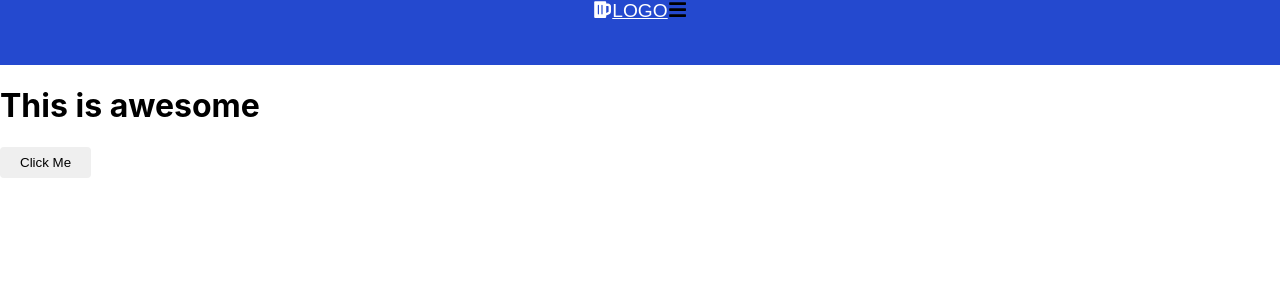
Repository: ajaygc95/Django-and-react
Page: / (app in galamart_sell/reactfrontend/)
These files come from the project's save history. The page is drawn as it stood at one moment and after the next save; the edit follows.
The browser window is 1280 px wide. The pictures show the whole page.
The project was rebuilt for these pictures with package versions that can differ from the ones it lists, and the page was loaded fresh each time. Also part of the build but not shown: galamart_sell/reactfrontend/src/components/Button.js, galamart_sell/reactfrontend/src/components/About.js, galamart_sell/reactfrontend/src/components/Shop.css, galamart_sell/reactfrontend/src/components/Shop.js, galamart_sell/reactfrontend/src/components/ItemDetail.js.

Above is the page before, as saved 2021-04-07 11:38:55.

After the next save:
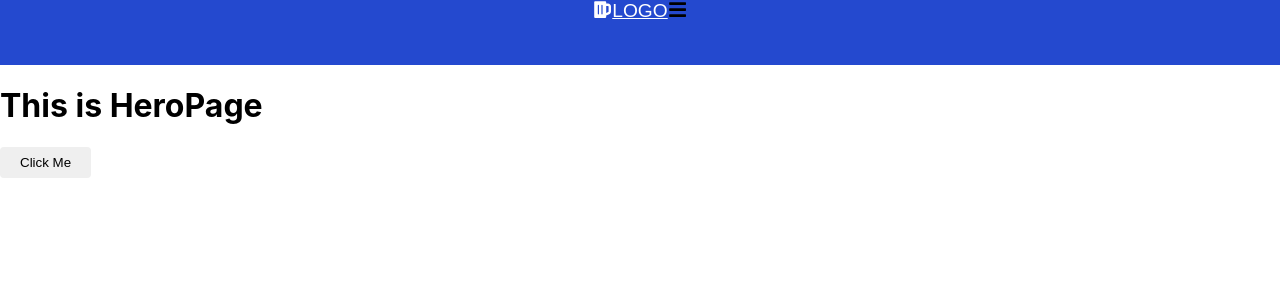
Saved 8 min 3 s later.
--- a/galamart_sell/reactfrontend/src/components/HeroPage.js
+++ b/galamart_sell/reactfrontend/src/components/HeroPage.js
@@ -1,14 +1,14 @@
-import React from 'react'
+import React from "react";
 
 function HeroPage() {
-    return (
-       <>
-       <h1>This is awesome</h1>
-       <div className='container'>
-           <button className='btn btn-success'>Click Me</button>
-       </div>
-       </>
-    )
+  return (
+    <>
+      <h1>This is HeroPage</h1>
+      <div className="container">
+        <button className="btn btn-success">Click Me</button>
+      </div>
+    </>
+  );
 }
 
-export default HeroPage
+export default HeroPage;
